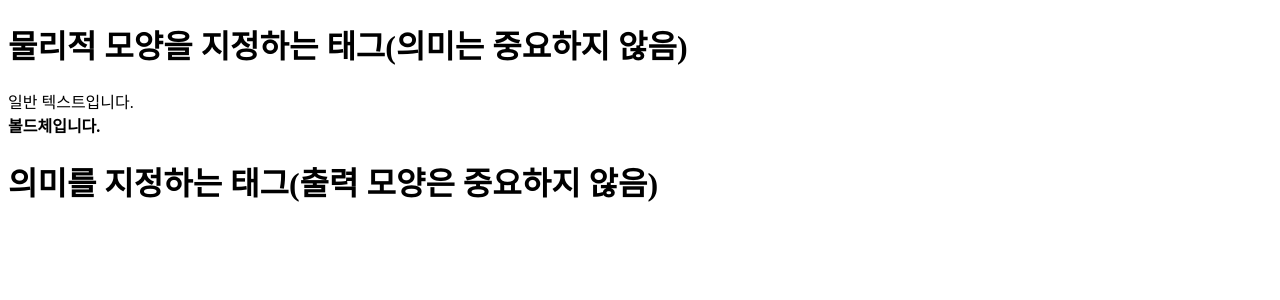
Repository: ssj5037/Class-Study
Page: [5] HTML, CSS, JavaScript/ClientTest/WebContent/Ex09_style.html
The author's editor kept a copy of each file at every save. The page is drawn from the files as they stood at one save, then again after the next save.
The browser window is 1280 px wide. The pictures show the whole page.

Above is the page before, as saved 2020-06-19 00:41:42.

After the next save:
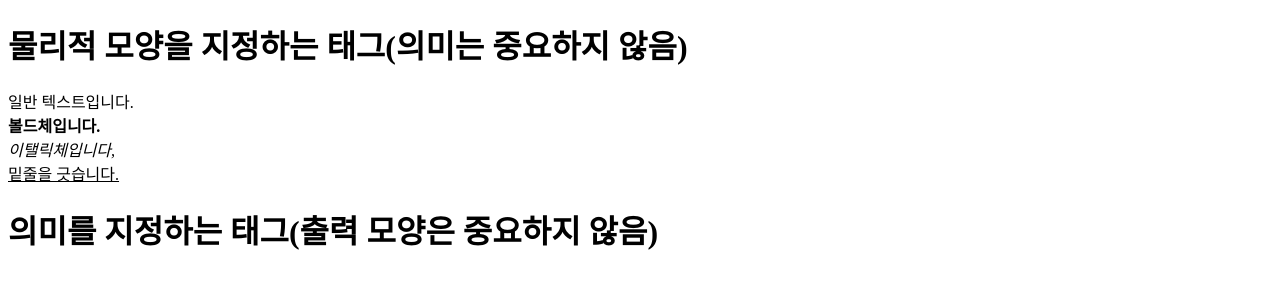
Saved 63 s later.
--- a/[5] HTML, CSS, JavaScript/ClientTest/WebContent/Ex09_style.html
+++ b/[5] HTML, CSS, JavaScript/ClientTest/WebContent/Ex09_style.html
@@ -11,6 +11,8 @@
 	<h1>물리적 모양을 지정하는 태그(의미는 중요하지 않음)</h1>
 	일반 텍스트입니다.<br>
 	<b>볼드체입니다.</b><br> <!-- bold -->
+	<i>이탤릭체입니다,</i><br> <!-- italic -->
+	<u>밑줄을 긋습니다.</u><br> <!-- underline -->
 
 	<h1>의미를 지정하는 태그(출력 모양은 중요하지 않음)</h1>
 
